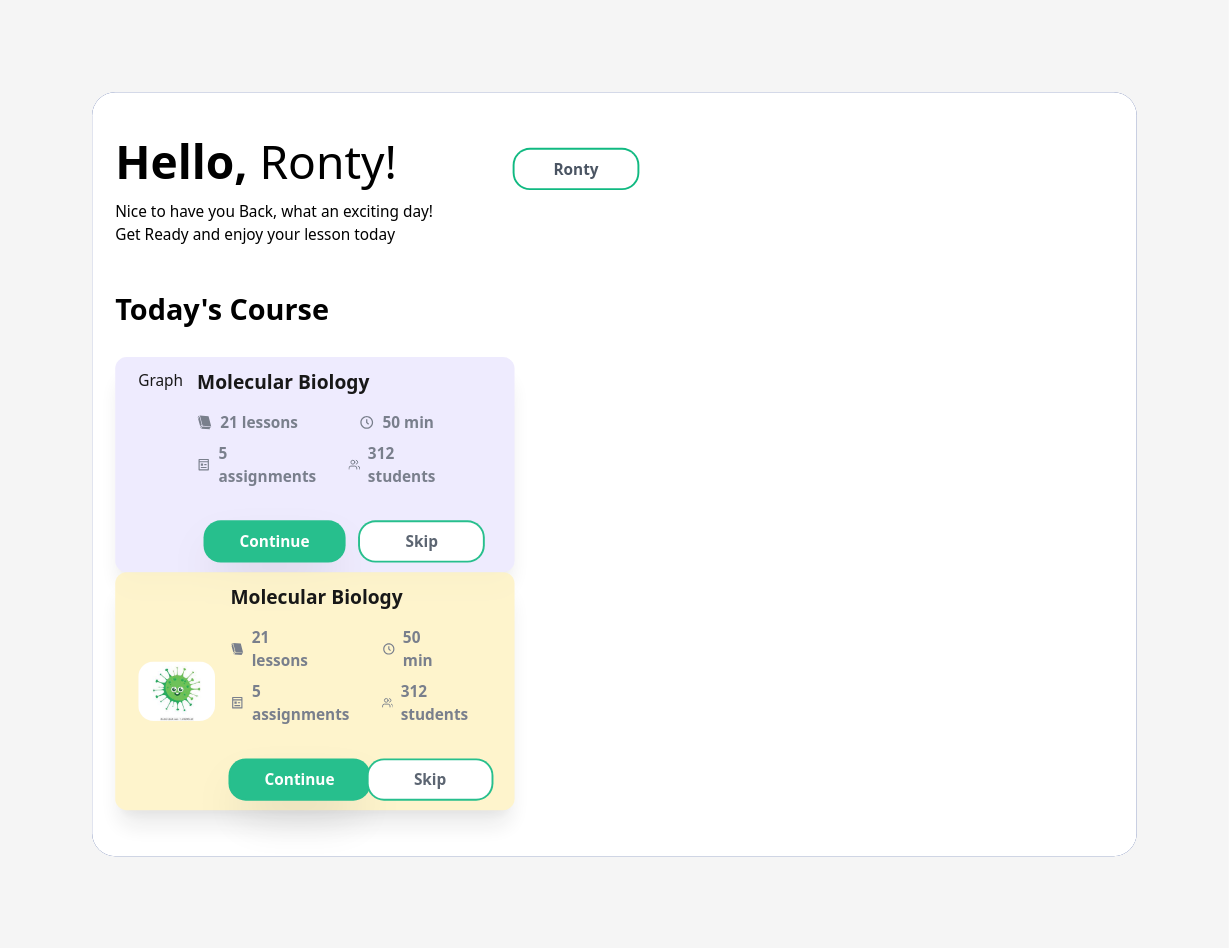
Repository: coolronts/Vite-Tailwind
Page: /
An editor plug-in stored every save of this project. The page is shown before and after the next save, followed by the edit.
The browser window is 1280 px wide. The pictures show the whole page, at 96% of full size.
The project was rebuilt for these pictures with package versions that can differ from the ones it lists, and the page was loaded fresh each time. Also part of the build but not shown: vite.config.js.

Above is the page before, as saved 2021-11-26 13:57:20.

After the next save:
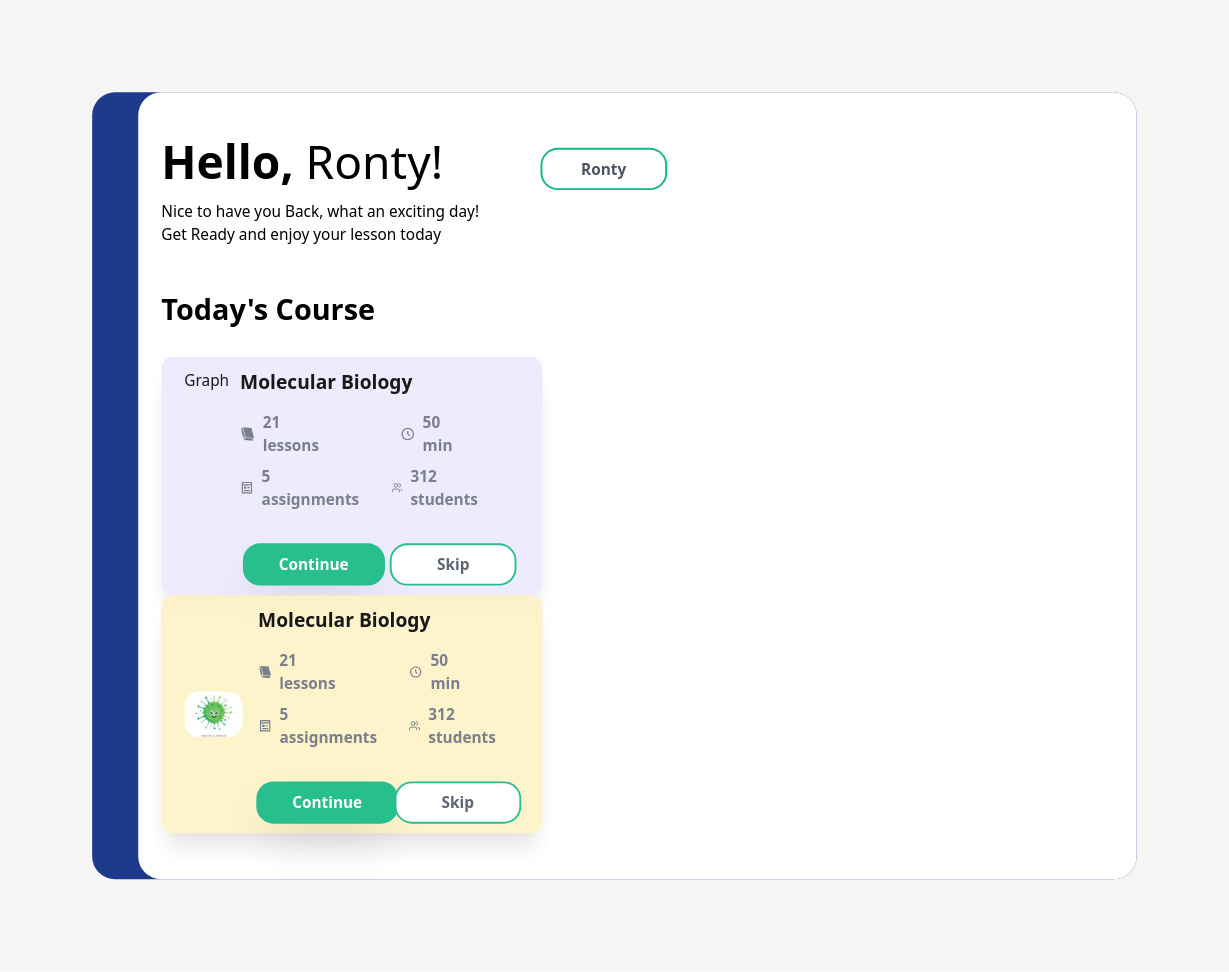
Saved 8 s later.
--- a/src/App.jsx
+++ b/src/App.jsx
@@ -12,7 +12,7 @@ function App() {
   return (
 
     <div className="App ">
-      <div className=" bg-blue-900 m-24 rounded-3xl">
+      <div className="pl-12 bg-blue-900 m-24 rounded-3xl">
       <div className="bg-white my-12 rounded-3xl px-6 py-12">
       <SplitScreen leftWeight = 'w-2/5'>
         <div id="left">
